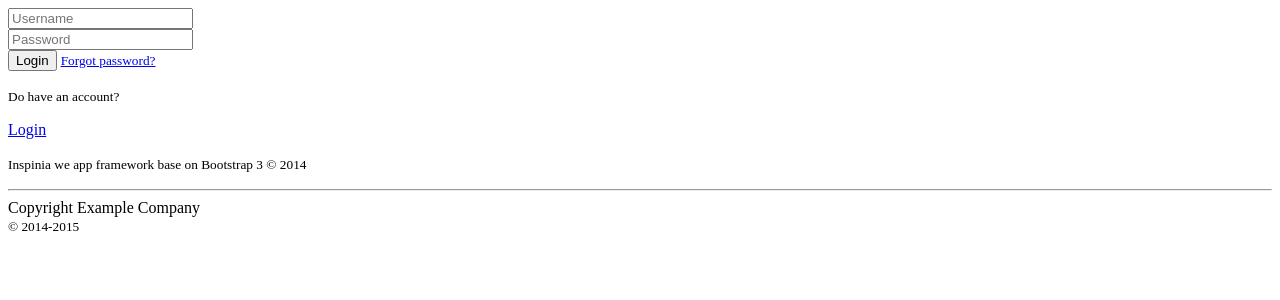
Repository: ndmq03102002/crud_laravel
Page: resources/views/admin/register.blade.php
The author's editor kept a copy of each file at every save. The page is drawn from the files as they stood at one save, then again after the next save.
The browser window is 1280 px wide. The pictures show the whole page.
The page is served by the project's Laravel application, run on PHP 8.4 with Laravel 10. The template is opened directly, without the code that normally fills it, so the values that code supplies are empty.

Above is the page before, as saved 2024-07-11 11:17:56.

After the next save:
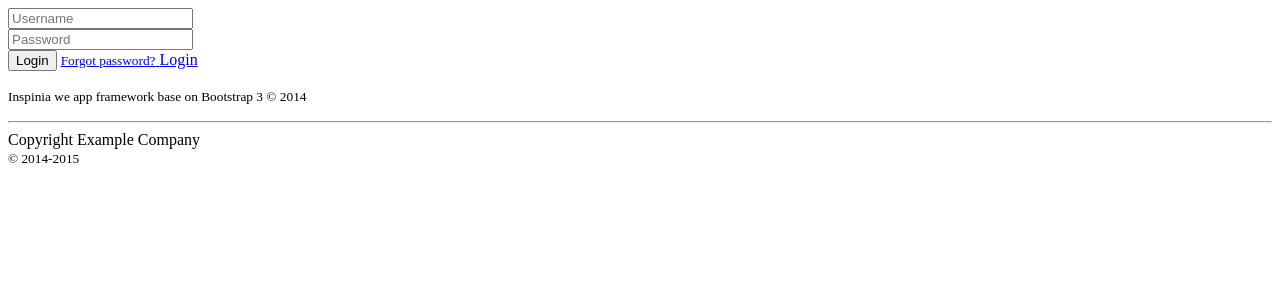
Saved 11 s later.
--- a/resources/views/admin/register.blade.php
+++ b/resources/views/admin/register.blade.php
@@ -38,9 +38,6 @@
                             <small>Forgot password?</small>
                         </a>
 
-                        <p class="text-muted text-center">
-                            <small>Do have an account?</small>
-                        </p>
                         <a class="btn btn-sm btn-white btn-block" href="{{route('admin.login')}}">Login</a>
                     </form>
                     <p class="m-t">

After the save that followed:
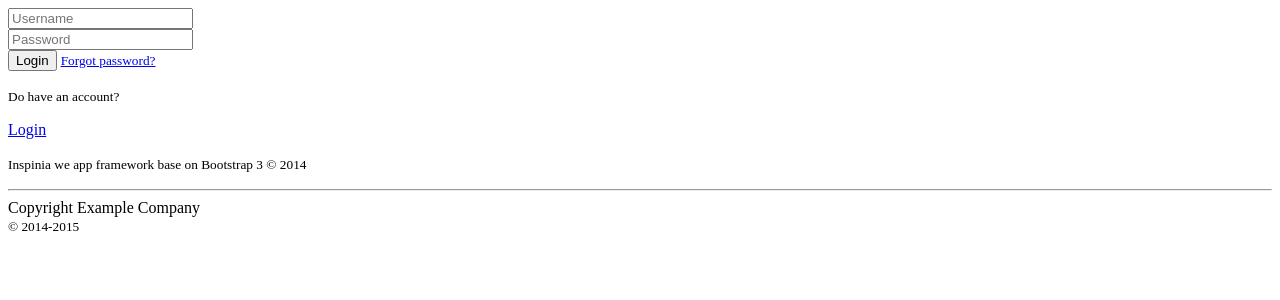
Saved 6 s later.
--- a/resources/views/admin/register.blade.php
+++ b/resources/views/admin/register.blade.php
@@ -38,6 +38,9 @@
                             <small>Forgot password?</small>
                         </a>
 
+                        <p class="text-muted text-center">
+                            <small>Do have an account?</small>
+                        </p>
                         <a class="btn btn-sm btn-white btn-block" href="{{route('admin.login')}}">Login</a>
                     </form>
                     <p class="m-t">
